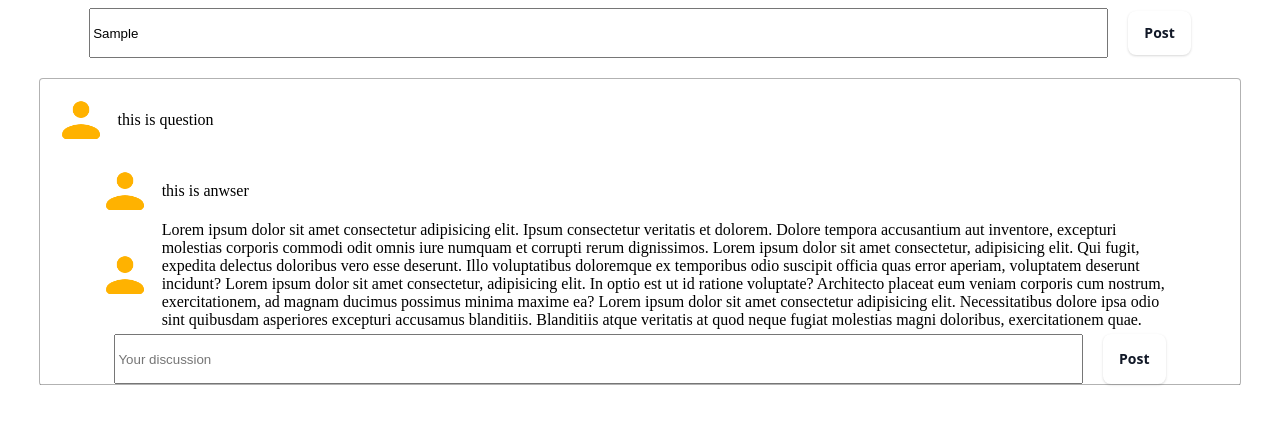
Repository: AOY311/DuckEdu
Page: test2.html
An editor plug-in stored every save of this project. The page is shown before and after the next save, followed by the edit.
The browser window is 1280 px wide. The pictures show the whole page.
Empty fields were first filled with sample values (such as "Sample", 5 or name@example.com).
After loading, the first visible `div.accordion__header` was clicked once.

Above is the page before, as saved 2021-10-31 19:12:33.

### test2.html
<!DOCTYPE html>
<html lang="en">

<head>
    <meta charset="UTF-8">
    <meta http-equiv="X-UA-Compatible" content="IE=edge">
    <meta name="viewport" content="width=device-width, initial-scale=1.0">
    <script src="https://ajax.googleapis.com/ajax/libs/jquery/3.5.1/jquery.min.js"></script>
    <title>Document</title>
    <style>
        .header {
            position: sticky;
            top: 0;
            width: 100%;
        }

        .header .container {
            display: flex;
            flex-direction: row;
            justify-content: center;
            align-items: center;
            width: 100%;
        }

        .container__input {
            height: 44px;
            width: 80%;
            margin-right: 20px;
        }
        /* CSS */

        .button-38 {
            background-color: #FFFFFF;
            border: 0;
            border-radius: .5rem;
            box-sizing: border-box;
            color: #111827;
            font-family: "Inter var", ui-sans-serif, system-ui, -apple-system, system-ui, "Segoe UI", Roboto, "Helvetica Neue", Arial, "Noto Sans", sans-serif, "Apple Color Emoji", "Segoe UI Emoji", "Segoe UI Symbol", "Noto Color Emoji";
            font-size: .875rem;
            font-weight: 600;
            line-height: 1.25rem;
            padding: .75rem 1rem;
            text-align: center;
            text-decoration: none #D1D5DB solid;
            text-decoration-thickness: auto;
            box-shadow: 0 1px 3px 0 rgba(0, 0, 0, 0.1), 0 1px 2px 0 rgba(0, 0, 0, 0.06);
            cursor: pointer;
            user-select: none;
            -webkit-user-select: none;
            touch-action: manipulation;
        }

        .button-38:hover {
            background-color: rgb(249, 250, 251);
        }

        .button-38:focus {
            outline: 2px solid transparent;
            outline-offset: 2px;
        }

        .button-38:focus-visible {
            box-shadow: none;
        }

        .accordion {
            /* Border */
            transform: translateY(20px);
            border: 1px solid rgba(0, 0, 0, 0.3);
            border-bottom-color: transparent;
            border-radius: 4px;
            max-width: 95%;
            margin: 0 auto;
        }

        .accordion__item {
            border-bottom: 1px solid rgba(0, 0, 0, 0.3);
        }

        .accordion__header {
            /* Center the content horizontally */
            align-items: center;
            display: flex;
            cursor: pointer;
            padding: 16px;
        }

        .accordion__toggle {
            margin-right: 12px;
        }

        .accordion__title {
            /* Take remaining width */
            flex: 1;
        }

        .accordion__content {
            /* For not selected item */
            display: none;
            border-top: 1px solid rgba(0, 0, 0, 0.3);
            padding: 16px;
        }

        .accordion__content--selected {
            /* For selected item */
            display: block;
        }

        .accordion__content--selected>div.accordion__header {
            padding: 0;
            margin: 5px 5%;
        }

        .avatar {
            /* Rounded border */
            border-radius: 50%;
            height: 50px;
            width: 50px;
        }

        .avatar__image {
            /* Rounded border */
            border-radius: 50%;
            /* Take full size */
            height: 100%;
            width: 100%;
        }
    </style>
</head>

<body>
    <div>
        <header class="header">
            <div class="container">
                <!-- Text input -->
                <input type="text" class="container__input" placeholder="Your discussion" />
                <!-- Search icon sticks to the left or right -->
                <button class="button-38" role="button">Post</button>
            </div>
        </header>
        <main>
            <div class="accordion">
                <!-- Each accordion item -->
                <div class="accordion__item">
                    <!-- Heading -->
                    <div class="accordion__header" onclick="showComment(this)">
                        <!-- The toggle icon -->
                        <div class="accordion__toggle">
                            <div class="avatar">
                                <!-- Avatar image -->
                                <img class="avatar__image" src="img/avt.png" />
                            </div>
                        </div>

                        <!-- The title -->
                        <div class="accordion__title">
                            this is question
                        </div>

                    </div>

                    <!-- The content -->
                    <div class="accordion__content">
                        <div class="accordion__header">
                            <!-- The toggle icon -->
                            <div class="accordion__toggle">
                                <div class="avatar">
                                    <!-- Avatar image -->
                                    <img class="avatar__image" src="img/avt.png" />
                                </div>
                            </div>

                            <!-- The title -->
                            <div class="accordion__title">
                                this is anwser
                            </div>
                        </div>
                    </div>
                    <div class="accordion__content">
                        <div class="accordion__header">
                            <!-- The toggle icon -->
                            <div class="accordion__toggle">
                                <div class="avatar">
                                    <!-- Avatar image -->
                                    <img class="avatar__image" src="img/avt.png" />
                                </div>
                            </div>

                            <!-- The title -->
                            <div class="accordion__title">
                                Lorem ipsum dolor sit amet consectetur adipisicing elit. Ipsum consectetur veritatis et dolorem. Dolore tempora accusantium aut inventore, excepturi molestias corporis commodi odit omnis iure numquam et corrupti rerum dignissimos. Lorem ipsum dolor sit
                                amet consectetur, adipisicing elit. Qui fugit, expedita delectus doloribus vero esse deserunt. Illo voluptatibus doloremque ex temporibus odio suscipit officia quas error aperiam, voluptatem deserunt incidunt? Lorem ipsum
                                dolor sit amet consectetur, adipisicing elit. In optio est ut id ratione voluptate? Architecto placeat eum veniam corporis cum nostrum, exercitationem, ad magnam ducimus possimus minima maxime ea? Lorem ipsum dolor sit
                                amet consectetur adipisicing elit. Necessitatibus dolore ipsa odio sint quibusdam asperiores excepturi accusamus blanditiis. Blanditiis atque veritatis at quod neque fugiat molestias magni doloribus, exercitationem quae.
                            </div>
                        </div>
                    </div>
                    <div class="accordion__content">
                        <div class="container" style="display: flex; justify-content: center;">
                            <!-- Text input -->
                            <input type="text" class="container__input" placeholder="Your discussion" />
                            <!-- Search icon sticks to the left or right -->
                            <button class="button-38" role="button">Post</button>
                        </div>
                    </div>

                </div>

            </div>
        </main>
    </div>
</body>
<script>
    function showComment(obj) {
        if ($(obj).nextAll().attr("class") === "accordion__content") {
            $(obj).nextAll().attr("class", "accordion__content--selected");
        } else {
            $(obj).nextAll().attr("class", "accordion__content");
        }
    }
</script>

</html>

After the next save:
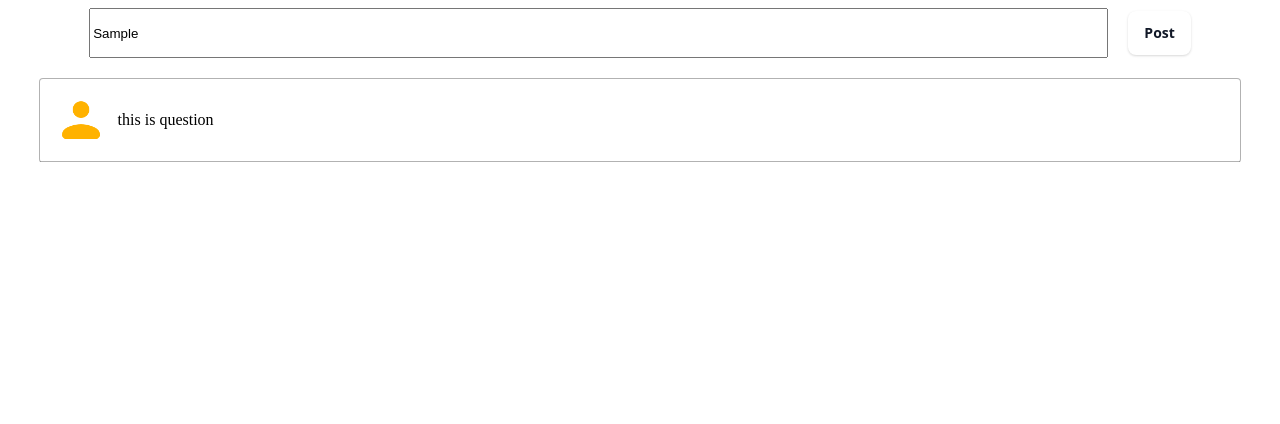
Console error (its wording comes from the project's code and is left out).
Saved 34 s later.
--- a/test2.html
+++ b/test2.html
@@ -198,9 +198,9 @@
                     <div class="accordion__content">
                         <div class="container" style="display: flex; justify-content: center;">
                             <!-- Text input -->
-                            <input type="text" class="container__input" placeholder="Your discussion" />
+                            <input type="text" class="container__input" placeholder="Your Comment />
                             <!-- Search icon sticks to the left or right -->
-                            <button class="button-38" role="button">Post</button>
+                            <button class=" button-38 " role="button ">Post</button>
                         </div>
                     </div>
 
@@ -212,10 +212,10 @@
 </body>
 <script>
     function showComment(obj) {
-        if ($(obj).nextAll().attr("class") === "accordion__content") {
-            $(obj).nextAll().attr("class", "accordion__content--selected");
+        if ($(obj).nextAll().attr("class ") === "accordion__content ") {
+            $(obj).nextAll().attr("class ", "accordion__content--selected ");
         } else {
-            $(obj).nextAll().attr("class", "accordion__content");
+            $(obj).nextAll().attr("class ", "accordion__content ");
         }
     }
 </script>

After the 2 saves that followed:
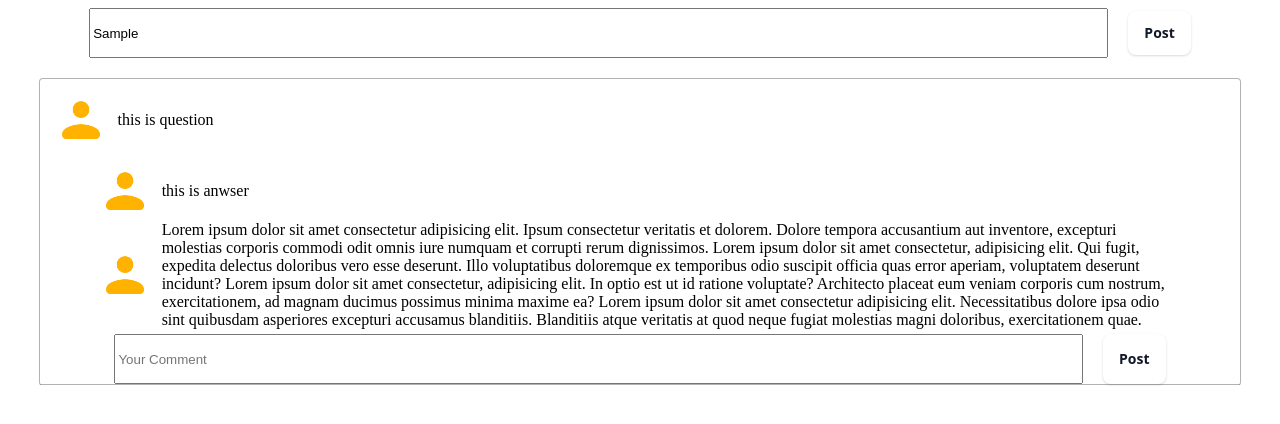
The error is gone.
The 2 saves are shown as one change because they came seconds apart.
The last was saved 10 s later.
--- a/test2.html
+++ b/test2.html
@@ -198,9 +198,9 @@
                     <div class="accordion__content">
                         <div class="container" style="display: flex; justify-content: center;">
                             <!-- Text input -->
-                            <input type="text" class="container__input" placeholder="Your Comment />
+                            <input type="text" class="container__input" placeholder="Your Comment" />
                             <!-- Search icon sticks to the left or right -->
-                            <button class=" button-38 " role="button ">Post</button>
+                            <button class="button-38" role="button">Post</button>
                         </div>
                     </div>
 
@@ -212,10 +212,10 @@
 </body>
 <script>
     function showComment(obj) {
-        if ($(obj).nextAll().attr("class ") === "accordion__content ") {
-            $(obj).nextAll().attr("class ", "accordion__content--selected ");
+        if ($(obj).nextAll().attr("class") === "accordion__content") {
+            $(obj).nextAll().attr("class", "accordion__content--selected");
         } else {
-            $(obj).nextAll().attr("class ", "accordion__content ");
+            $(obj).nextAll().attr("class", "accordion__content");
         }
     }
 </script>
